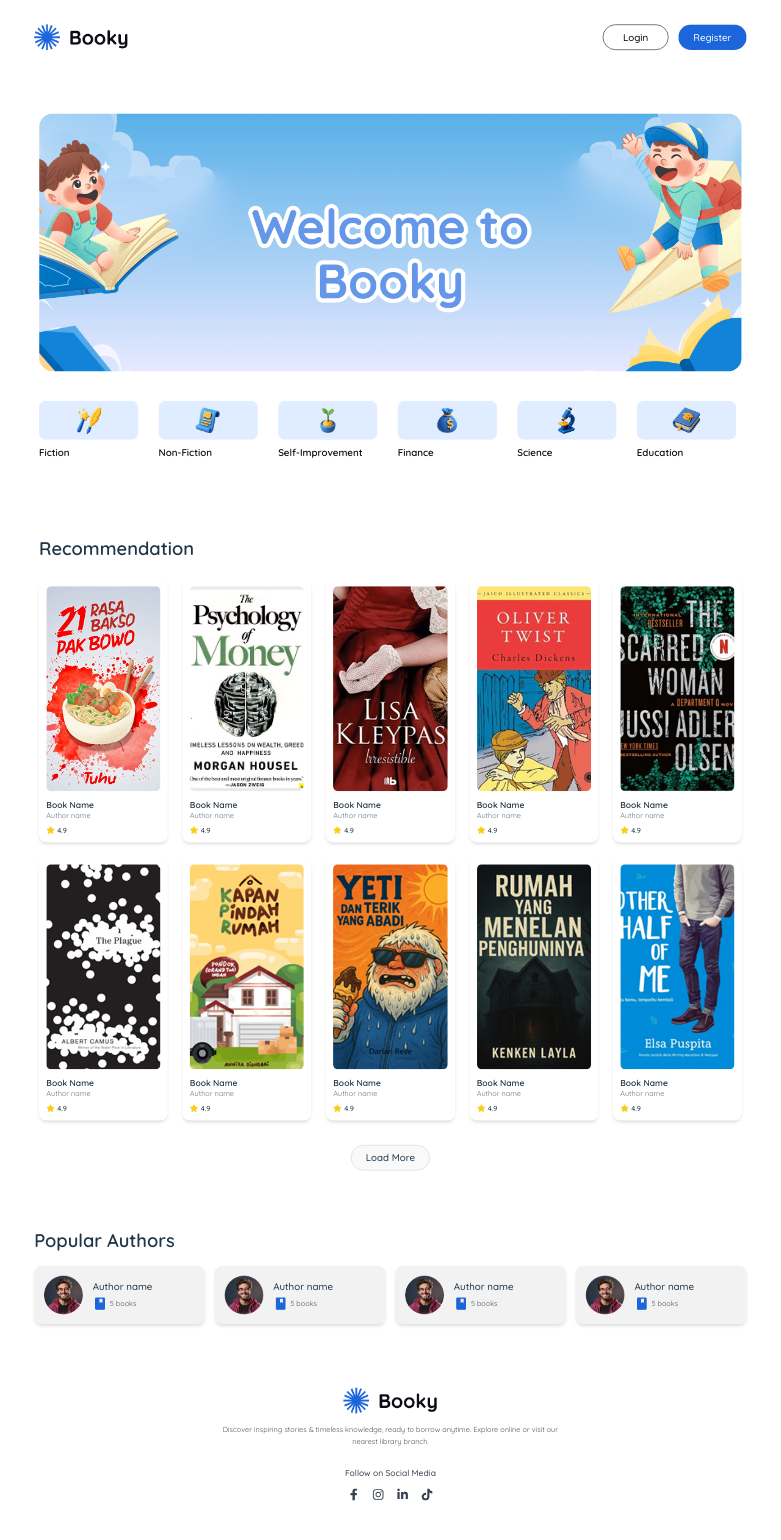
Repository: faridsyafaat/library-app
Page: /
An editor plug-in stored every save of this project. The page is shown before and after a run of saves, followed by the edit.
The browser window is 1280 px wide. The pictures show the whole page, at 61% of full size.
The project was rebuilt for these pictures with package versions that can differ from the ones it lists, and the page was loaded fresh each time. Also part of the build but not shown: vite.config.ts, src/pages/Login.tsx, src/pages/Register.tsx.

Above is the page before, as saved 2025-11-24 22:03:42.

### index.html
<!doctype html>
<html lang="en">
  <head>
    <meta charset="UTF-8" />
    <link rel="icon" type="image/svg+xml" href="/vite.svg" />
    <meta name="viewport" content="width=device-width, initial-scale=1.0" />
    <title>library-app</title>
  </head>
  <body>
    <div id="root"></div>
    <script type="module" src="/src/main.tsx"></script>
  </body>
</html>

### src/index.css
@import url('https://fonts.googleapis.com/css2?family=Quicksand:wght@300;400;500;600;700&display=swap');
@tailwind base;
@tailwind components;
@tailwind utilities;

:root {
  font-family: system-ui, Avenir, Helvetica, Arial, sans-serif;
  line-height: 1.5;
  font-weight: 400;
  font-synthesis: none;
  text-rendering: optimizeLegibility;
  -webkit-font-smoothing: antialiased;
  -moz-osx-font-smoothing: grayscale;
}

a {
  font-weight: 500;
  color: #646cff;
  text-decoration: inherit;
}
a:hover {
  color: #535bf2;
}

body {
  margin: 0;
  min-height: 100vh;
  }

h1 {
  font-size: 3.2em;
  line-height: 1.1;
}

button {
  border-radius: 8px;
  border: 1px solid transparent;
  padding: 0.6em 1.2em;
  font-size: 1em;
  font-weight: 500;
  font-family: inherit;
  background-color: #1a1a1a;
  cursor: pointer;
  transition: border-color 0.25s;
}
button:hover {
  border-color: #646cff;
}
button:focus,
button:focus-visible {
  outline: 4px auto -webkit-focus-ring-color;
}

@media (prefers-color-scheme: light) {
  :root {
    color: #213547;
    background-color: #ffffff;
  }
  a:hover {
    color: #747bff;
  }
  button {
    background-color: #f9f9f9;
  }
}

.container-custom {
  max-width: 1200px;
  margin-left: auto;
  margin-right: auto;
  padding-left: 1rem;
  padding-right: 1rem;
}

@layer base {
  body {
    @apply font-quicksand;
  }
}

### src/App.tsx
import { BrowserRouter as Router, Routes, Route, } from "react-router-dom";
import HomeBefore from "./pages/HomeBefore";
import Login from "./pages/Login";
import Register from "./pages/Register";


function App() {


  return (
    <Router>
      <Routes>
        <Route path="/" element={<HomeBefore />} />
        <Route path="/login" element={<Login />} />
        <Route path="/register" element={<Register />} />

      </Routes>
    </Router>
  );
}

export default App;

### src/pages/HomeBefore.tsx
import NavbarBefore from "@/components/layout/NavbarBefore";
import HeroSection from "@/components/sections/HeroSection";
import RecommendationSection from "@/components/sections/RecommendationSection";
import AuthorsSection from "@/components/sections/AuthorsSection";
import FooterSection from "@/components/layout/FooterSection";

export default function HomeBefore() {
  return (
    <div>
      <NavbarBefore />
      <HeroSection />
      <RecommendationSection />
      <AuthorsSection />
      <FooterSection />

    </div>
  );
}

### src/components/layout/NavbarBefore.tsx
import Button from "@/components/ui/Button";
import { useNavigate } from "react-router-dom";

export default function NavbarBefore() {
  const navigate = useNavigate();

  return (
    <nav className="sticky top-0 z-50 bg-white">
      <div className="container mx-auto flex justify-between items-center py-10 px-4">
        {/* Logo */}
        <div className="flex items-left gap-2">
          <img src="/icon/booky.png" alt="Booky Logo" className="w-[155px] h-[42px]" />
        </div>

        {/* Buttons */}
        <div className="flex gap-4">
          <Button
            variant="outline"
            className="bg-white text-black border border-neutral-800 px-8 py-2"
            onClick={() => navigate("/login")}
          >
            Login
          </Button>
          <Button
            variant="default"
            className="px-10 py-2"
            onClick={() => navigate("/register")}
          >
            Register
          </Button>
        </div> {/* Tutup div buttons */}
      </div> {/* Tutup div container */}
    </nav>
  );
}

### src/components/sections/HeroSection.tsx

const bookCategories = [
  { name: "Fiction", img: "/image/hero1.png" },
  { name: "Non-Fiction", img: "/image/hero2.png" },
  { name: "Self-Improvement", img: "/image/hero3.png" },
  { name: "Finance", img: "/image/hero4.png" },
  { name: "Science", img: "/image/hero5.png" },
  { name: "Education", img: "/image/hero6.png" },
];

export default function HeroSection() {
  return (
    <section className="bg-white py-16">
      <div className="container mx-auto px-6">
        {/* Hero Image */}
        <div className="w-full">
          <img
            src="/image/herosection.png"
            alt="Hero Background"
            className="w-full h-auto rounded-xl"
          />
        </div>

        {/* Jenis Buku */}
       <div className="mt-12 grid grid-cols-3 sm:grid-cols-3 md:grid-cols-6 gap-6">
  {bookCategories.map((book) => (
    <div
      key={book.name}
      className="flex flex-col items-start cursor-pointer hover:scale-105 transition-transform"
    >
      <img
        src={book.img}
        alt={book.name}
        className="w-[162.67px] h-[64px] object-cover rounded-lg mb-2"
      />
      <span className="text-[#0A0D12] font-semibold">{book.name}</span>
    </div>
  ))}
</div>

      </div>
    </section>
  );
}

### src/components/sections/RecommendationSection.tsx
import { Star } from "lucide-react";

const books = [
  {
    title: "Book Name",
    author: "Author name",
    rating: 4.9,
    img: "/image/book1.png",
  },
  {
    title: "Book Name",
    author: "Author name",
    rating: 4.9,
    img: "/image/book2.png",
  },
  {
    title: "Book Name",
    author: "Author name",
    rating: 4.9,
    img: "/image/book3.png",
  },
  {
    title: "Book Name",
    author: "Author name",
    rating: 4.9,
    img: "/image/book4.png",
  },
  {
    title: "Book Name",
    author: "Author name",
    rating: 4.9,
    img: "/image/book5.png",
  },
  {
    title: "Book Name",
    author: "Author name",
    rating: 4.9,
    img: "/image/book6.png",
  },
  {
    title: "Book Name",
    author: "Author name",
    rating: 4.9,
    img: "/image/book7.png",
  },
  {
    title: "Book Name",
    author: "Author name",
    rating: 4.9,
    img: "/image/book8.png",
  },
  {
    title: "Book Name",
    author: "Author name",
    rating: 4.9,
    img: "/image/book9.png",
  },
  {
    title: "Book Name",
    author: "Author name",
    rating: 4.9,
    img: "/image/book10.png",
  },
];

export default function RecommendationSection() {
  return (
    <section className="py-16 bg-white">
      <div className="container mx-auto px-6">

        {/* Title */}
        <h2 className="text-3xl font-semibold mb-8">Recommendation</h2>

        {/* Grid Books */}
        <div className="grid grid-cols-2 sm:grid-cols-3 md:grid-cols-5 gap-6">
          {books.map((book, index) => (
            <div
              key={index}
              className="bg-white shadow-md rounded-xl p-3 cursor-pointer hover:scale-105 transition-transform"
            >
              <img
                src={book.img}
                alt={book.title}
                className="h-[336px] w-[224] object-cover rounded-lg"
              />

              <h3 className="mt-3 text-sm font-semibold">{book.title}</h3>
              <p className="text-xs text-gray-500">{book.author}</p>

              <div className="flex items-center gap-1 mt-2">
                <Star size={14} fill="#FACC15" color="#FACC15" />
                <span className="text-xs font-medium">{book.rating}</span>
              </div>
            </div>
          ))}
        </div>

        {/* Load More Button */}
        <div className="flex justify-center mt-10">
          <button className="px-6 py-2 rounded-full border border-gray-300 hover:bg-gray-100 transition">
            Load More
          </button>
        </div>
      </div>
    </section>
  );
}

### src/components/sections/AuthorsSection.tsx
const authors = [
  {
    id: 1,
    name: "Author name",
    books: "5 books",
    image: "/image/author.png",
  },
  {
    id: 2,
    name: "Author name",
    books: "5 books",
    image: "/image/author.png",
  },
  {
    id: 3,
    name: "Author name",
    books: "5 books",
    image: "/image/author.png",
  },
  {
    id: 4,
    name: "Author name",
    books: "5 books",
    image: "/image/author.png",
  },
];

export default function AuthorsSection() {
  return (
    <section className="container mt-8">
      <h2 className="text-3xl font-semibold mb-6">Popular Authors</h2>

      <div className="grid grid-cols-1 gap-4 md:grid-cols-2 lg:grid-cols-4">
        {authors.map((author) => (
          <div
            key={author.id}
            className="shadow-md rounded-xl p-4 flex items-center gap-4 bg-[#CBCACA40] cursor-pointer hover:scale-105 transition-transform"
          >
            {/* FOTO AUTHOR */}
            <img
              src={author.image}
              alt={author.name}
              className="w-16 h-16 rounded-full object-cover"
            />

            {/* TEKS */}
            <div>
              <p className="font-medium text-medium">{author.name}</p>

              {/* ICON BUKU + JUMLAH */}
              <div className="flex items-center gap-1 mt-1 text-gray-600">
                <img
                  src="/image/book.png"
                  alt="book icon"
                  className="w-[24px] h-[24px] object-contain"
                />
                <span className="text-xs">{author.books}</span>
              </div>
            </div>
          </div>
        ))}
      </div>
    </section>
  );
}

### src/components/layout/FooterSection.tsx
import { FaFacebookF, FaInstagram, FaLinkedinIn, FaTiktok } from "react-icons/fa";

export default function FooterSection() {
  return (
    <footer className="mt-10 py-16 text-center container">

      {/* Logo */}
      <div className="flex justify-center mb-4">
        <img
          src="/icon/booky.png"
          alt="Bookly Logo"
          className="w-[155px] h-[42px]"
        />
      </div>

      {/* Description */}
      <p className="max-w-xl mx-auto text-gray-600 text-[12px] leading-relaxed mb-8">
        Discover inspiring stories & timeless knowledge, ready to borrow anytime.
        Explore online or visit our nearest library branch.
      </p>

      {/* Social Media Label */}
      <p className="text-gray-700 text-sm font-medium mb-4">
        Follow on Social Media
      </p>

      {/* Social Media Icons */}
      <div className="flex justify-center gap-5 text-gray-700 text-xl">
        <FaFacebookF className="cursor-pointer hover:text-blue-600 duration-200" />
        <FaInstagram className="cursor-pointer hover:text-pink-600 duration-200" />
        <FaLinkedinIn className="cursor-pointer hover:text-blue-500 duration-200" />
        <FaTiktok className="cursor-pointer hover:text-black duration-200" />
      </div>
    </footer>
  );
}

### src/components/ui/Button.tsx
import React from "react";
import clsx from "clsx";

interface ButtonProps extends React.ButtonHTMLAttributes<HTMLButtonElement> {
  variant?: "default" | "outline" | "short";
  size?: "sm" | "md" | "lg";
}

const Button: React.FC<ButtonProps> = ({
  variant = "default",
  className,
  children,
  ...props
}) => {
  const baseStyle = "inline-flex items-center justify-center font-medium focus:outline-none rounded-full disabled:opacity-50 disabled:pointer-events-none";

  const variants: Record<string, string> = {
    default: "bg-[#1C65DA] text-white px-6 py-2 hover:bg-blue-600",
    outline: "border border-gray-800 text-black bg-white px-6 py-2 hover:bg-gray-100",
    short: "px-4 py-2 rounded-md text-sm",
  };

  return (
    <button className={clsx(baseStyle, variants[variant], className)} {...props}>
      {children}
    </button>
  );
};

export default Button;

### tailwind.config.js
/** @type {import('tailwindcss').Config} */
module.exports = {
  content: [
    "./index.html",
    "./src/**/*.{js,ts,jsx,tsx}",
  ],
  theme: {
    extend: {
      fontFamily: {
        quicksand: ["Quicksand", "sans-serif"],
      },
    },
    container: {
      center: true,
      padding: '1rem',
      screens: {
        sm: "640px",
        md: "768px",
        lg: "1200px", // container lg = 1200px
        xl: "1200px",
        "2xl": "1200px"
      }
    }
  },
  plugins: [],
};

Loaded but not shown: src/main.tsx (common file)

After the next 2 saves:
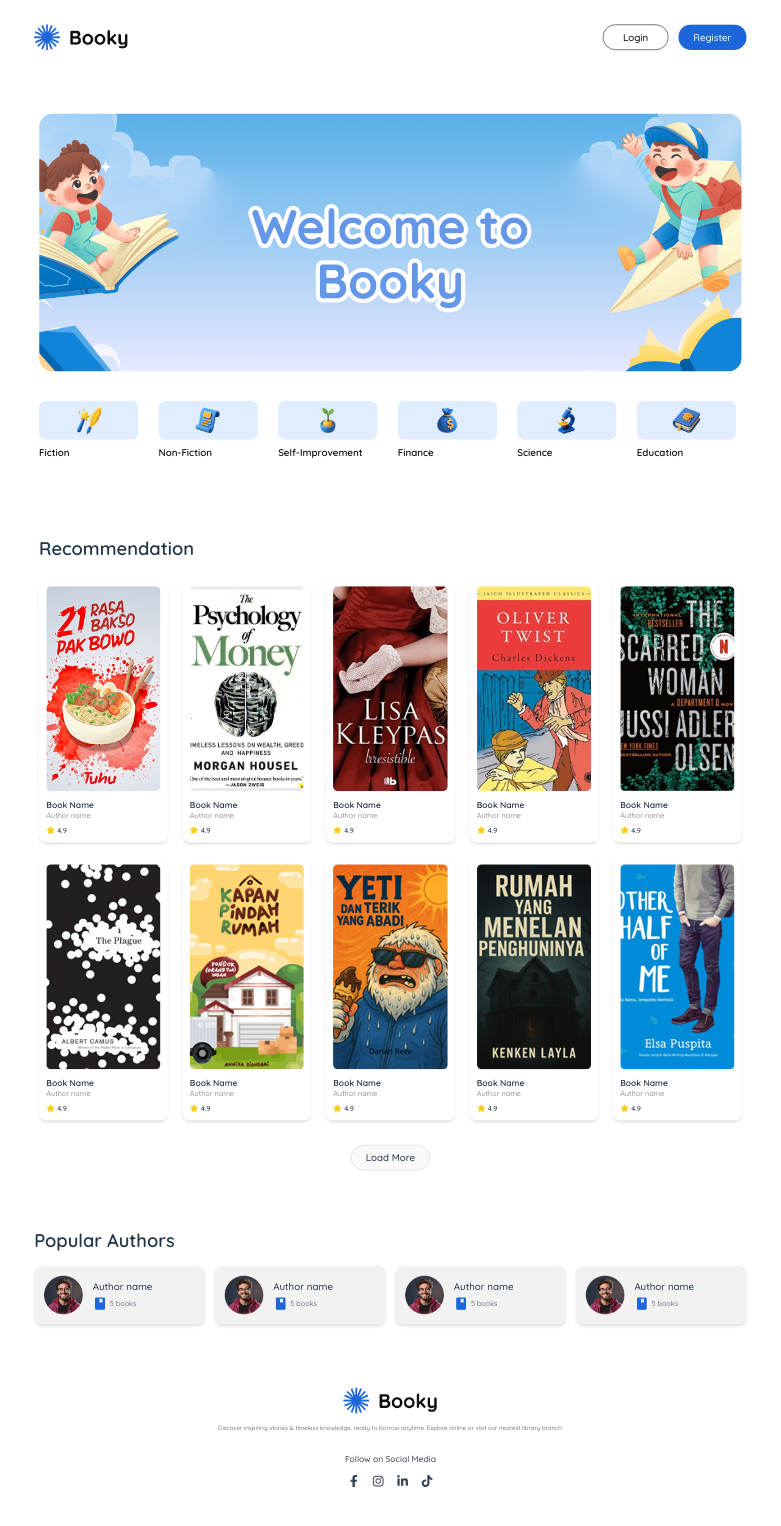
The 2 saves are shown as one change because they came seconds apart.
The last was saved 7 s later.
--- a/src/components/layout/FooterSection.tsx
+++ b/src/components/layout/FooterSection.tsx
@@ -14,7 +14,7 @@
       </div>
 
       {/* Description */}
-      <p className="max-w-xl mx-auto text-gray-600 text-[12px] leading-relaxed mb-8">
+      <p className="max-w-xl mx-auto text-gray-600 text-[10px] leading-relaxed mb-8">
         Discover inspiring stories & timeless knowledge, ready to borrow anytime.
         Explore online or visit our nearest library branch.
       </p>
